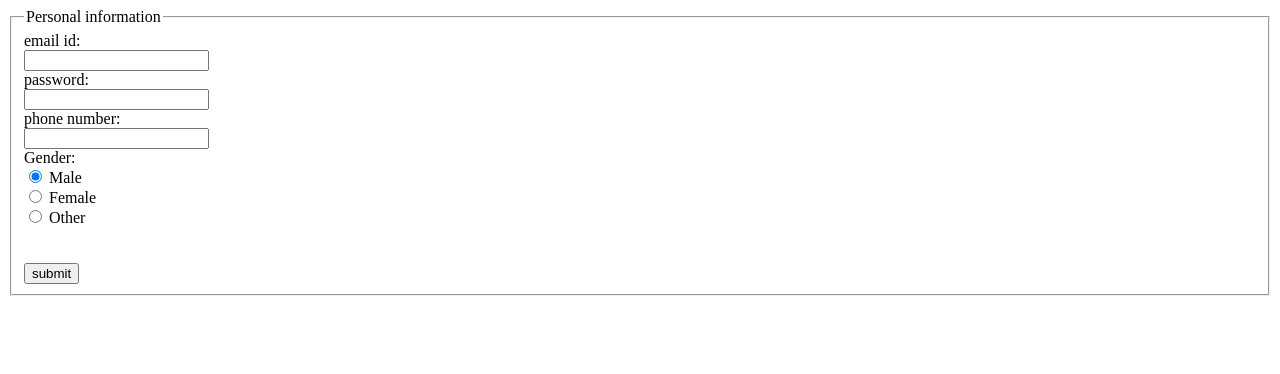
Repository: dhanush199/ServletProject
Page: LoginRegistrationApp/WebContent/index.html
The author's editor kept a copy of each file at every save. The page is drawn from the files as they stood at one save, then again after the next save.
The browser window is 1280 px wide. The pictures show the whole page.

Above is the page before, as saved 2019-01-22 07:36:30.

After the next save:
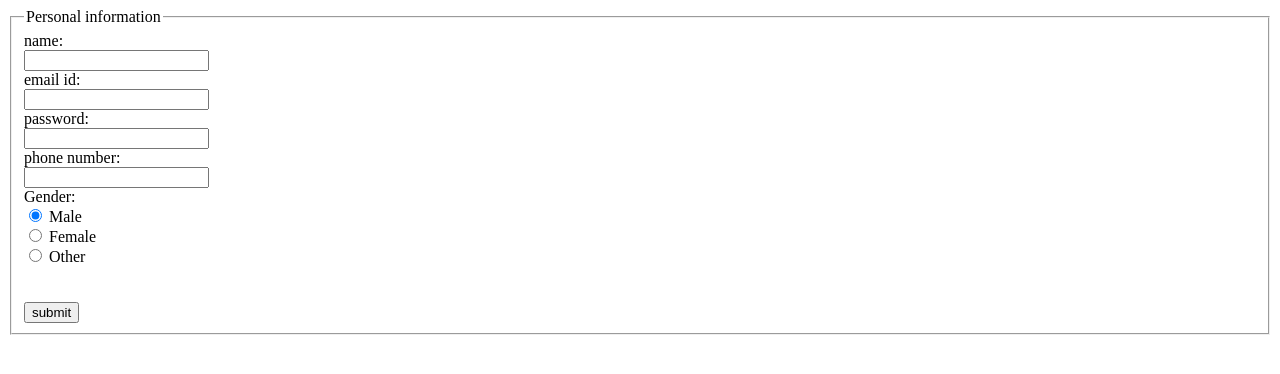
Saved 32 s later.
--- a/LoginRegistrationApp/WebContent/index.html
+++ b/LoginRegistrationApp/WebContent/index.html
@@ -8,6 +8,8 @@
 <form action="login" method="get">
 <fieldset>
 <legend> Personal information </legend>
+name:<br>
+<input type:"text" name="name"><br>
 email id:<br>
 <input type:"text" name="email"><br>
 password:<br>
